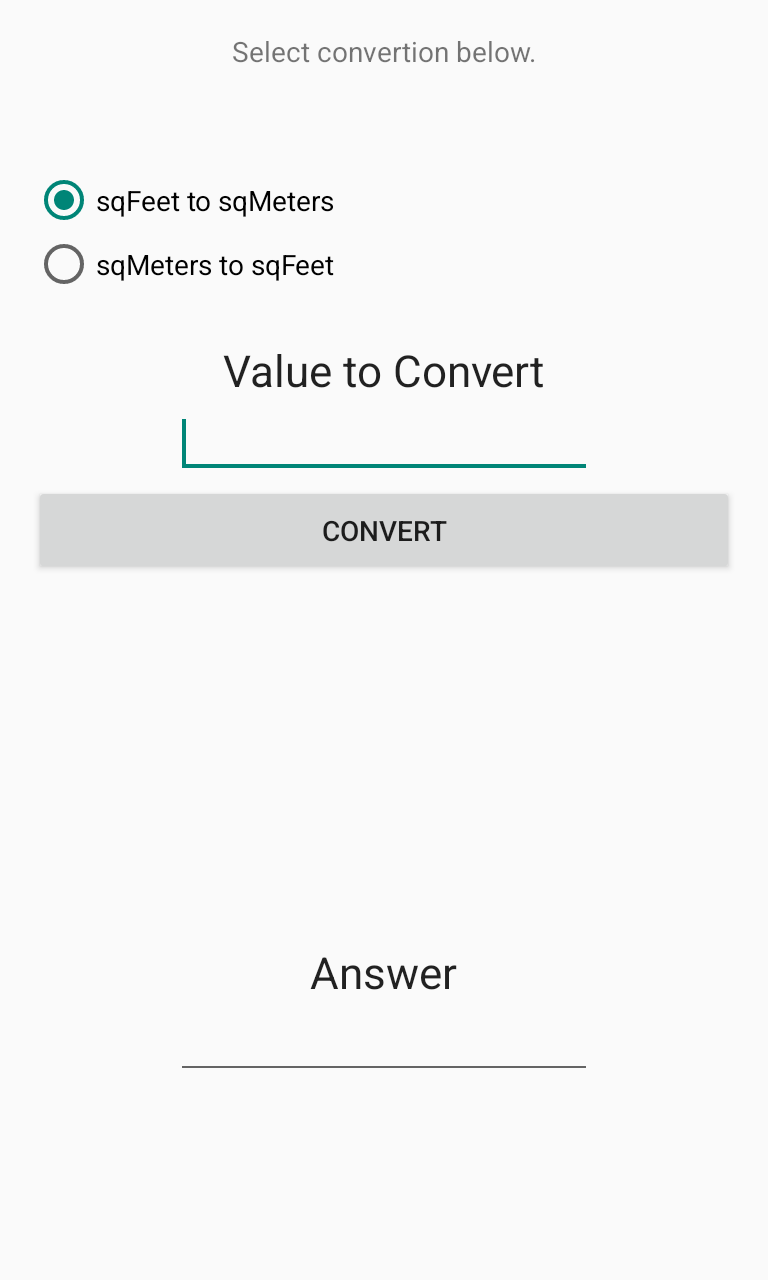
Repository: awayzo/6300Fall14Assignment4
Layout: UnitConvertor/res/layout/activity_area.xml
The author's editor kept a copy of each file at every save. The layout is drawn from the files as they stood at one save, then again after the next save.
It is drawn on a 768 x 1280 px phone screen (xhdpi) without system bars, with theme AppTheme; the app's code is not run.

Above is the layout before, as saved 2014-09-27 07:51:54.

After the next save:
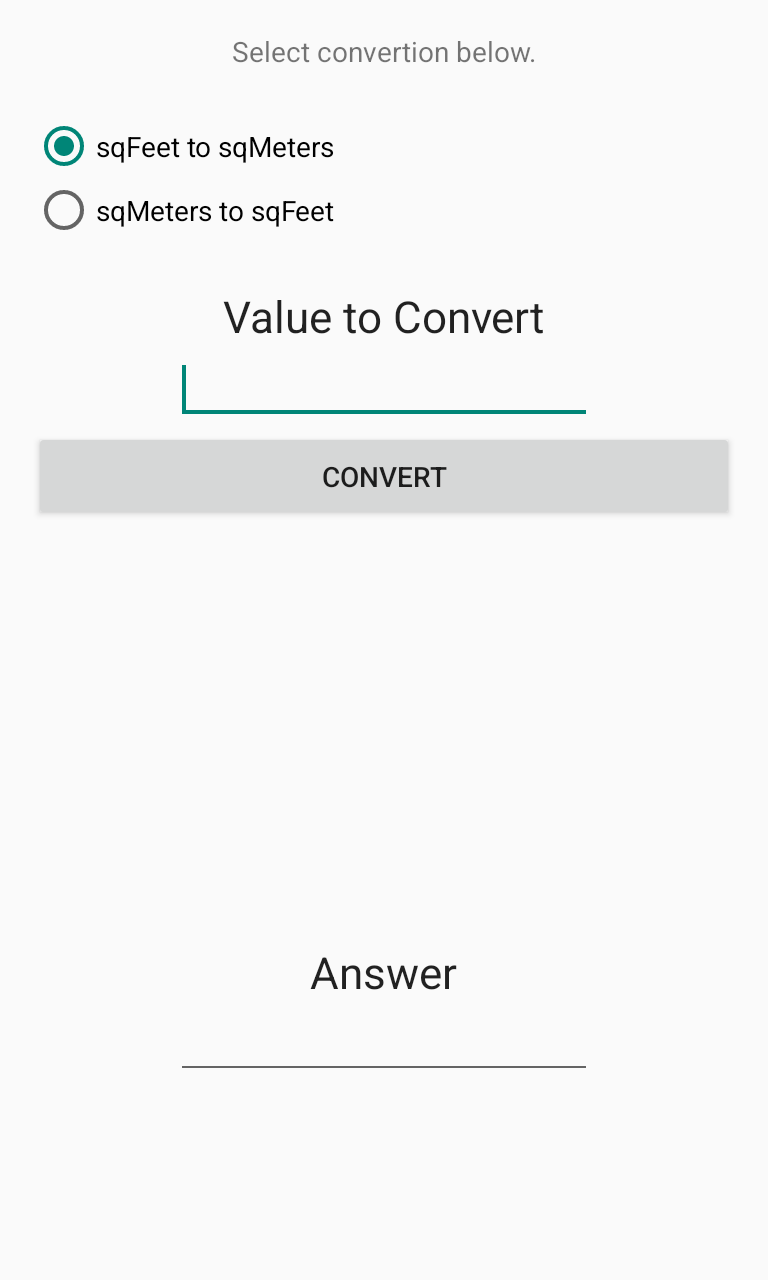
Saved 21 s later.
--- a/UnitConvertor/res/layout/activity_area.xml
+++ b/UnitConvertor/res/layout/activity_area.xml
@@ -70,8 +70,7 @@
         android:layout_width="match_parent"
         android:layout_height="wrap_content"
         android:layout_alignLeft="@+id/btnConvert"
-        android:layout_below="@+id/lblTitle_Currency"
-        android:layout_marginTop="27dp" >
+        android:layout_below="@+id/lblTitle_Currency" >
 
         <RadioButton
             android:id="@+id/radio0"
